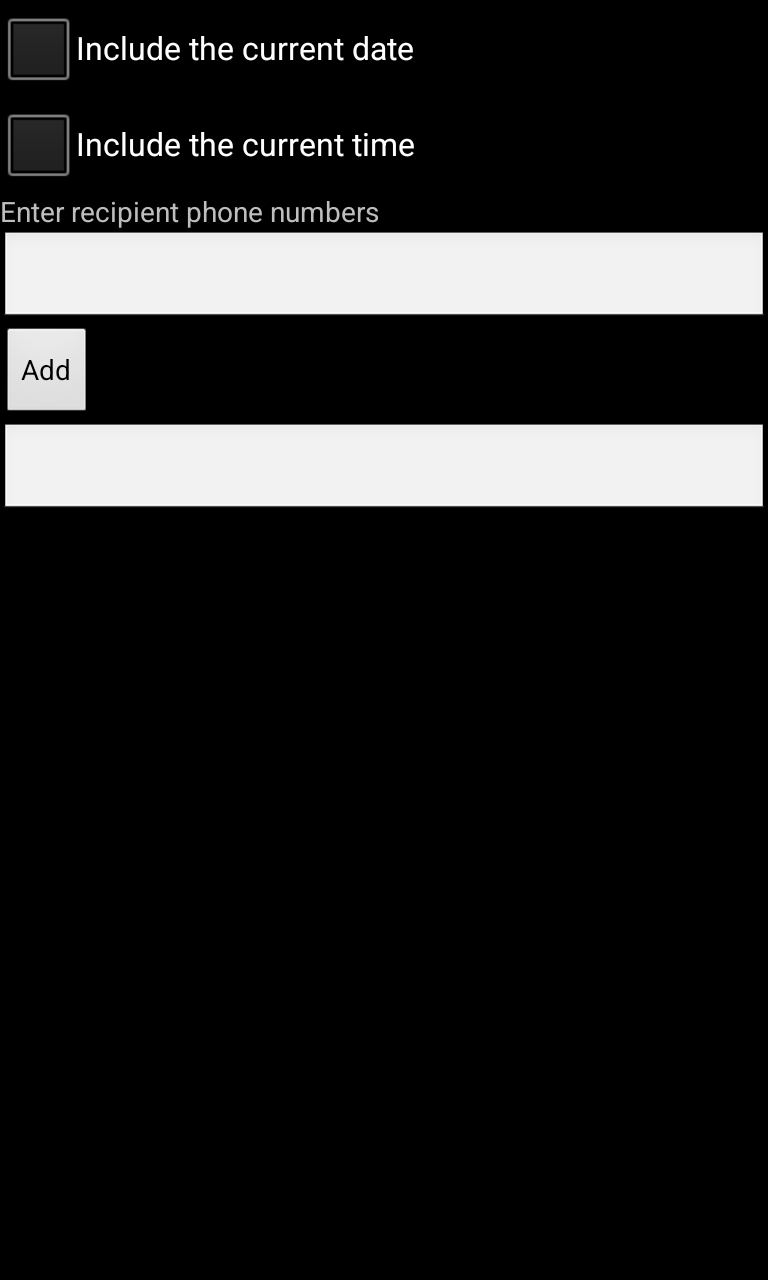
Repository: RaabsIn513/eclipse_workspace
Layout: Copy of SAS_revA/res/layout/main_sms_settings.xml
An editor plug-in stored every save of this project. The layout is shown before and after the next save, followed by the edit.
It is drawn on a 768 x 1280 px phone screen (xhdpi) without system bars, with theme android:Theme; the app's code is not run.

Above is the layout before, as saved 2012-02-16 20:46:58.

### Copy of SAS_revA/res/layout/main_sms_settings.xml
<?xml version="1.0" encoding="utf-8"?>
<LinearLayout xmlns:android="http://schemas.android.com/apk/res/android"
    android:layout_width="fill_parent"
    android:layout_height="fill_parent"
    android:orientation="vertical" >

   <CheckBox android:id="@+id/include_date"
        android:layout_width="wrap_content"
        android:layout_height="wrap_content"
        android:text="@string/include_date_cb" />

	<CheckBox android:id="@+id/include_time"
        android:layout_width="wrap_content"
        android:layout_height="wrap_content"
        android:text="@string/include_time_cb" />

	<TextView
        android:layout_width="fill_parent"
        android:layout_height="wrap_content"
        android:text="Enter recipient phone numbers" />

	<EditText
	    android:id="@+id/editText1"
	    android:layout_width="fill_parent"
	    android:layout_height="wrap_content"
	    android:inputType="phone" >
	</EditText>

	<Button
        android:id="@+id/btnAddToList"
        android:layout_width="wrap_content"
        android:layout_height="wrap_content"
        android:text="Add" />

	<EditText
	    android:id="@+id/editText2"
	    android:layout_width="fill_parent"
	    android:layout_height="wrap_content"
	    android:inputType="textMultiLine" />

</LinearLayout>

### Copy of SAS_revA/res/values/strings.xml
<?xml version="1.0" encoding="utf-8"?>
<resources>

    <string name="hello">Hello World, SAS_revActivity!</string>

    <string name="app_name">SAS_rev</string>
	<string name="plotAct_text">Plot View</string>
    <string name="testSMSAct_text">Send Test Text Message</string>

	<string name="viewWave_btText">View audio wave plot</string>
    <string name="viewFFT_btText">View FFT plot</string>
    <string name="setThresh_btText">Set the threshold value</string>
    <string name="setSMS_btText">SMS settings</string>
    <string name="sendSMS_btText">Send a test text message</string>

    <string name="include_date_cb">Include the current date</string>
	<string name="include_time_cb">Include the current time</string>
	<string name="fake_data_text">False test data to send</string>

</resources>

After the next save:
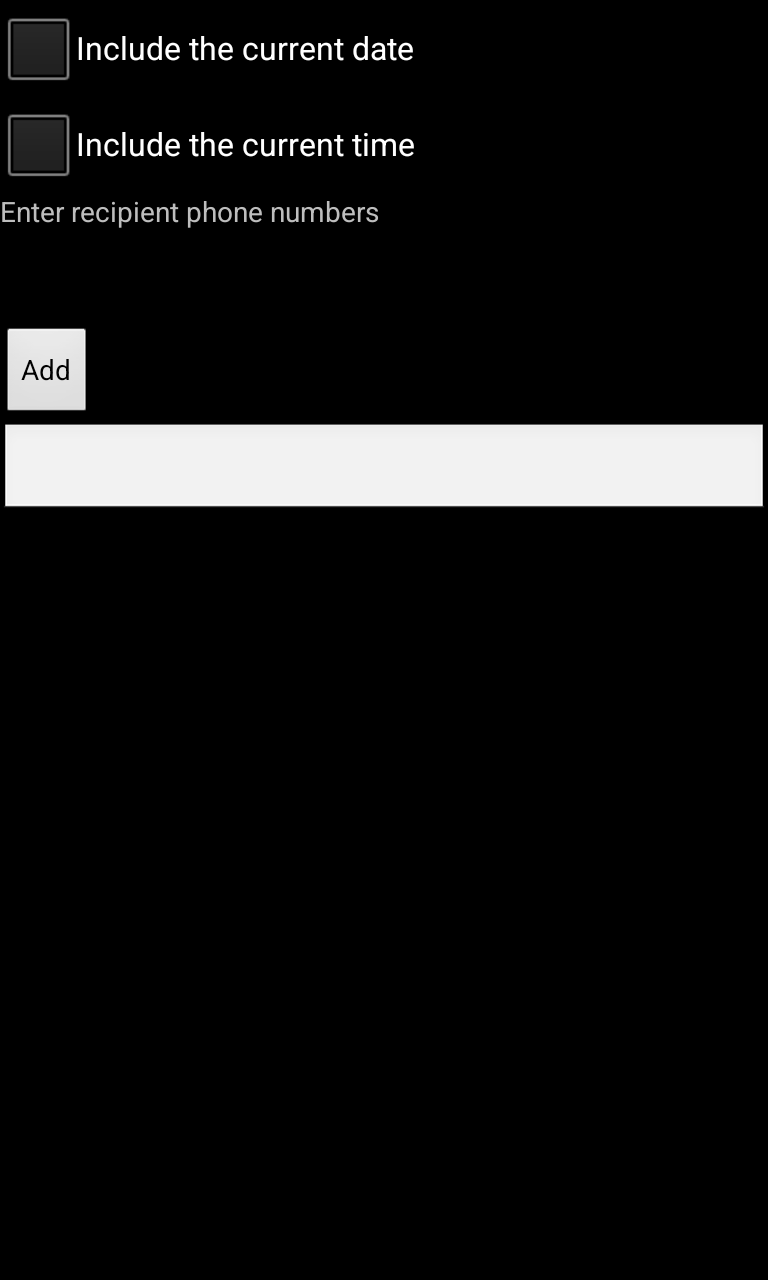
Saved 18 s later.
--- a/Copy of SAS_revA/res/layout/main_sms_settings.xml
+++ b/Copy of SAS_revA/res/layout/main_sms_settings.xml
@@ -21,7 +21,7 @@
 
 	<EditText
 	    android:id="@+id/editText1"
-	    android:layout_width="fill_parent"
+	    android:layout_width="fill_parent/2"
 	    android:layout_height="wrap_content"
 	    android:inputType="phone" >
 	</EditText>
